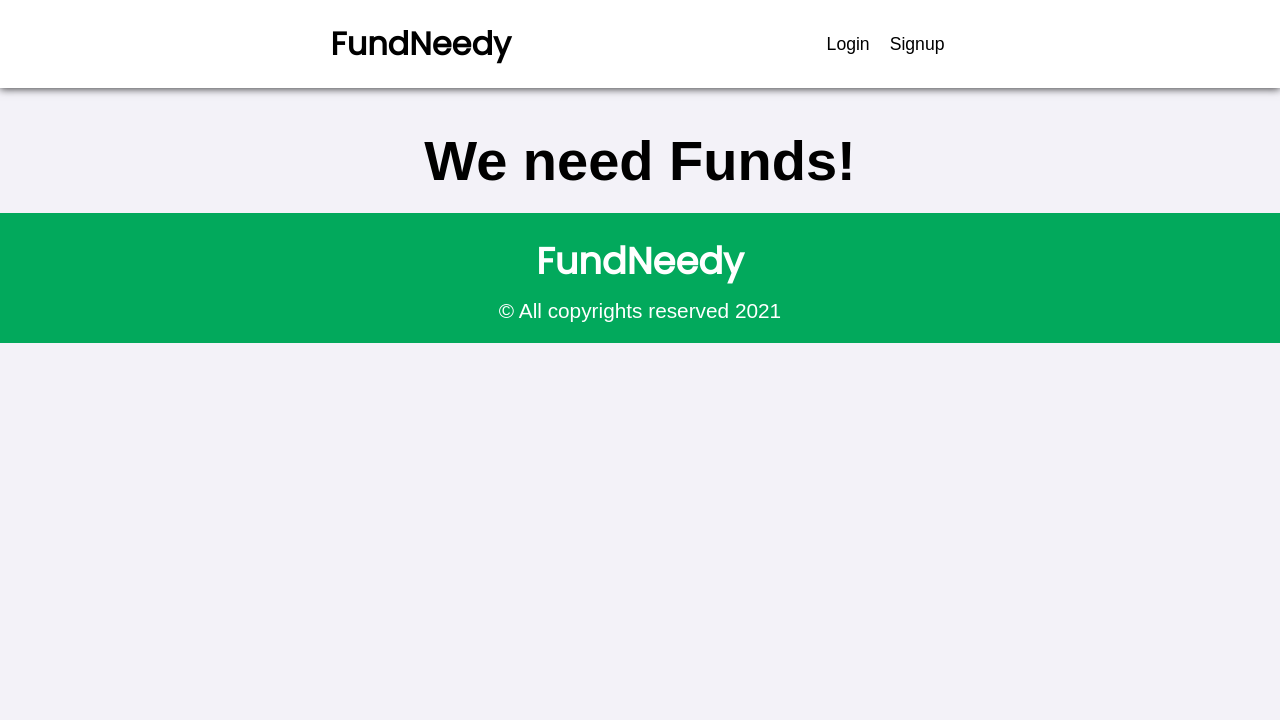
Repository: osdc/codejam
Page: /needies (app in sassy-sandwiches/fund-needy/)
An editor plug-in stored every save of this project. The page is shown before and after the next save, followed by the edit.
The browser window is 1280 px wide. The pictures show the whole page.
The project was rebuilt for these pictures with package versions that can differ from the ones it lists, and the page was loaded fresh each time. Also part of the build but not shown: sassy-sandwiches/fund-needy/src/Showcase.css, sassy-sandwiches/fund-needy/src/Showcase.js.

Above is the page before, as saved 2021-01-09 19:26:51.

### sassy-sandwiches/fund-needy/src/App.js
import React from "react";
import "./App.css";
import Navbar from "./Navbar";
import Showcase from "./Showcase";
import Needies from "./Needies";
import Footer from "./Footer";
import { BrowserRouter as Router, Route, Switch } from "react-router-dom";

function App() {
  return (
    <div className="App">
      <Router>
        <Navbar />
        <Switch>
          <Route exact path="/" component={Showcase} />
          <Route path="/needies" component={Needies} />
        </Switch>
        <Footer />
      </Router>
    </div>
  );
}

export default App;

### sassy-sandwiches/fund-needy/src/App.css
* {
  margin: 0;
  padding: 0;
  font-family: Arial, Helvetica, sans-serif;
}

body {
  background-color: #f3f2f8;
}

### sassy-sandwiches/fund-needy/src/Navbar.js
import React from "react";
import "./Navbar.css";

function Navbar() {
  return (
    <div className="navbar">
      <div className="navbar_logo">
        <h1>FundNeedy</h1>
      </div>
      <div className="navbar_login_signup">
        <button>Login</button>
        <button>Signup</button>
      </div>
    </div>
  );
}

export default Navbar;

### sassy-sandwiches/fund-needy/src/Needies.js
import React from "react";
import "./Needies.css";

function Needies() {
  return (
    <div className="needies">
      <div className="needies_headline">
        <h1>We need Funds!</h1>
      </div>
    </div>
  );
}

export default Needies;

### sassy-sandwiches/fund-needy/src/Footer.js
import React from "react";
import "./Footer.css";

function Footer() {
  return (
    <div className="footer">
      <h1>FundNeedy</h1>
      <p>© All copyrights reserved 2021</p>
    </div>
  );
}

export default Footer;

### sassy-sandwiches/fund-needy/src/Navbar.css
@import url("https://fonts.googleapis.com/css2?family=Poppins&display=swap");

.navbar {
  display: flex;
  align-items: center;
  justify-content: space-evenly;
  padding: 20px;
  -webkit-box-shadow: 0px 1px 8px 0px rgba(0, 0, 0, 0.75);
  -moz-box-shadow: 0px 1px 8px 0px rgba(0, 0, 0, 0.75);
  box-shadow: 0px 1px 8px 0px rgba(0, 0, 0, 0.75);
  background-color: #fff;
  /* position: sticky; */
  top: 0;
  z-index: 10000;
}

.navbar_logo > h1 {
  font-family: "Poppins", sans-serif;
}

.navbar_login_signup {
  display: flex;
  align-items: center;
  justify-content: space-between;
}

.navbar_login_signup > button:nth-of-type(1) {
  margin-right: 10px;
}

.navbar_login_signup > button {
  padding: 5px;
  font-size: 1.1rem;
  outline: none;
  border: none;
  background-color: #fff;
  cursor: pointer;
  width: 100%;
}

### sassy-sandwiches/fund-needy/src/Needies.css
.needies_headline > h1 {
  font-size: 3.5rem;
  text-align: center;
  margin-top: 20px;
  padding: 20px;
}

### sassy-sandwiches/fund-needy/src/Footer.css
.footer {
  text-align: center;
  background-color: #02a95c;
  color: #fff;
  padding: 20px;
  position: sticky;
  bottom: 0;
}

.footer > h1 {
  font-size: 2.3rem;
  font-family: "Poppins";
}

.footer > p {
  font-size: 1.3rem;
  font-weight: 400;
  margin-top: 10px;
}

Loaded but not shown: sassy-sandwiches/fund-needy/public/index.html (common file); sassy-sandwiches/fund-needy/src/index.js (common file); sassy-sandwiches/fund-needy/src/index.css (common file)

After the next save:
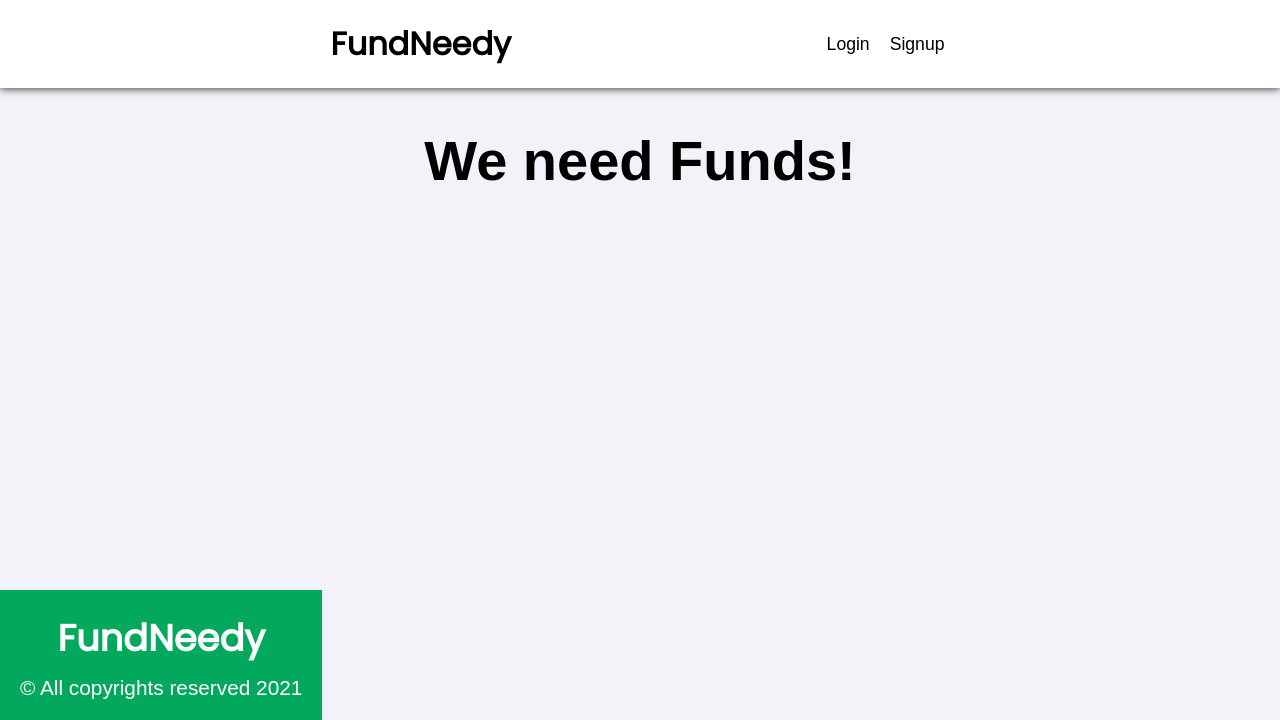
Saved 11 s later.
--- a/sassy-sandwiches/fund-needy/src/Footer.css
+++ b/sassy-sandwiches/fund-needy/src/Footer.css
@@ -3,7 +3,7 @@
   background-color: #02a95c;
   color: #fff;
   padding: 20px;
-  position: sticky;
+  position: absolute;
   bottom: 0;
 }
 
